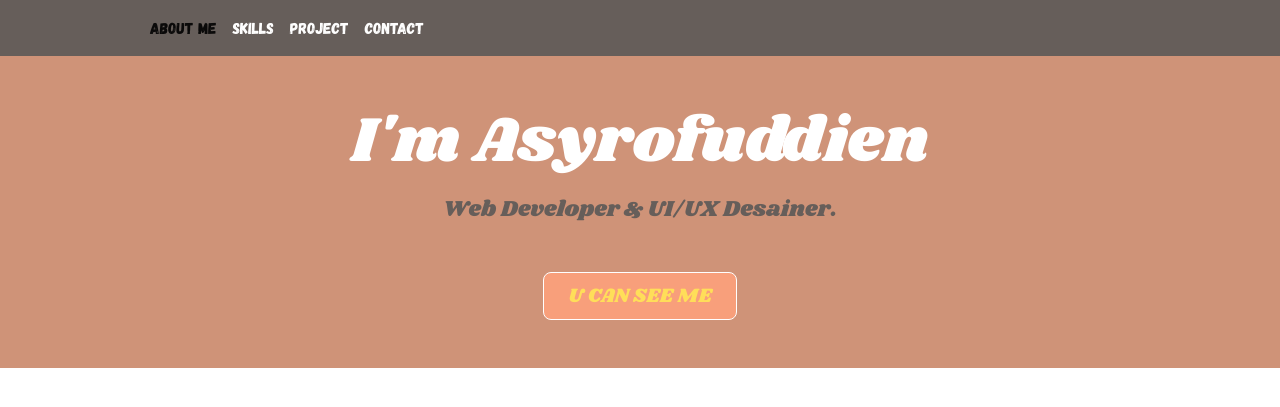
Repository: zetta-muhammad-asyrofuddien/Html-Css-ZettaCAmp
Page: Day1/Portofolio/index.html
The author's editor kept a copy of each file at every save. The page is drawn from the files as they stood at one save, then again after the next save.
The browser window is 1280 px wide. The pictures show the whole page.

Above is the page before, as saved 2023-07-05 03:26:42.

### Day1/Portofolio/index.html
<!DOCTYPE html>
<html lang="en">
  <head>
    <meta charset="utf-8" />
    <meta name="viewport" content="width=device-width, initial-scale=1" />
    <title>Bootstrap demo</title>
    <link href="https://cdn.jsdelivr.net/npm/bootstrap@5.2.3/dist/css/bootstrap.min.css" rel="stylesheet" integrity="sha384-rbsA2VBKQhggwzxH7pPCaAqO46MgnOM80zW1RWuH61DGLwZJEdK2Kadq2F9CUG65" crossorigin="anonymous" />
    <link rel="stylesheet" type="text/css" href="./syle.css" />
  </head>
  <body>
    <section class="Navbar">
      <div class="container">
        <div class="row">
          <div class="col-lg-12">
            <nav class="navbar navbar-expand-lg px-5 px-5">
              <div class="container-fluid">
                <div class="collapse navbar-collapse" id="navbarNav">
                  <ul class="navbar-nav">
                    <li class="nav-item">
                      <a class="nav-link active" aria-current="page" href="#">About Me</a>
                    </li>
                    <li class="nav-item">
                      <a class="nav-link" href="#">Skills</a>
                    </li>
                    <li class="nav-item">
                      <a class="nav-link" href="#">Project</a>
                    </li>
                    <li class="nav-item">
                      <a class="nav-link" href="#">Contact</a>
                    </li>
                  </ul>
                </div>
              </div>
            </nav>
            <div class="col-lg-4"></div>
          </div>
        </div>
      </div>
    </section>
    <section class="perkenalan mt-0">
      <div class="px-4 py-5 my-0 text-center">
        <h1 class="nama mb-3">I'm Asyrofuddien</h1>
        <div class="col-lg-6 mx-auto">
          <h4 class="job mb-5">Web Developer & UI/UX Desainer.</h4>
          <div class="d-grid gap-2 d-sm-flex justify-content-sm-center">
            <button type="button" class="btn btn-primary btn-lg px-4 gap-3">U CAN SEE ME</button>
          </div>
        </div>
      </div>
    </section>
    <script src="https://cdn.jsdelivr.net/npm/@popperjs/core@2.11.6/dist/umd/popper.min.js" integrity="sha384-oBqDVmMz9ATKxIep9tiCxS/Z9fNfEXiDAYTujMAeBAsjFuCZSmKbSSUnQlmh/jp3" crossorigin="anonymous"></script>
    <script src="https://cdn.jsdelivr.net/npm/bootstrap@5.2.3/dist/js/bootstrap.min.js" integrity="sha384-cuYeSxntonz0PPNlHhBs68uyIAVpIIOZZ5JqeqvYYIcEL727kskC66kF92t6Xl2V" crossorigin="anonymous"></script>
  </body>
</html>

### Day1/Portofolio/syle.css
@font-face {
  font-family: Gagalin;
  src: url(./asset/font/Gagalin-Regular.otf);
}
@font-face {
  font-family: Shrikhand;
  src: url(./asset/font/Shrikhand-Regular.ttf);
}
@font-face {
  font-family: dmSans;
  src: url(./asset/font/DMSans-Regular.ttf);
}
.Navbar {
  font-family: Gagalin;
  background-color: #665e5a;
}
.perkenalan {
  background-color: #cf9378;
}
.nav-link {
  color: white;
}

.nama {
  font-family: Shrikhand;
  color: white;
  font-size: 4rem;
}
.job {
  color: #665e5a;
  font-family: Shrikhand;
  font-size: 1.4rem;
}

.btn {
  background-color: #f89f7b;
  border-color: white;
  font-family: Shrikhand;
  color: #ffde59;
}

After the next save:
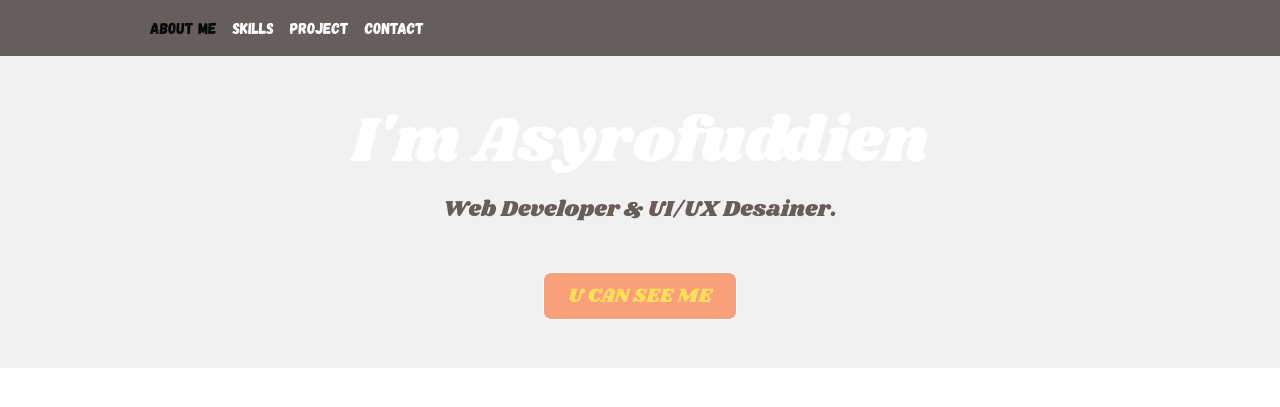
Saved 95 s later.
--- a/Day1/Portofolio/syle.css
+++ b/Day1/Portofolio/syle.css
@@ -15,8 +15,22 @@
   background-color: #665e5a;
 }
 .perkenalan {
-  background-color: #cf9378;
+  position: relative;
+  background-color: #f1f1f1;
 }
+
+.perkenalan::before {
+  content: '';
+  position: absolute;
+  top: -30px;
+  left: 0;
+  right: 0;
+  bottom: 0;
+  background: linear-gradient(to bottom, transparent, #ffffff);
+  z-index: -1;
+  transform: skewY(-5deg);
+}
+
 .nav-link {
   color: white;
 }

After the save that followed:
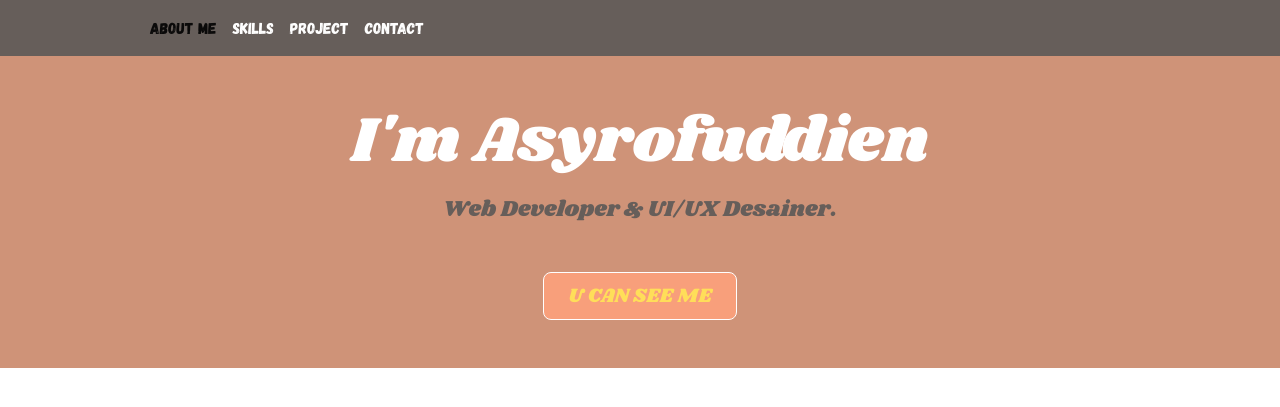
Saved 21 s later.
--- a/Day1/Portofolio/syle.css
+++ b/Day1/Portofolio/syle.css
@@ -14,9 +14,10 @@
   font-family: Gagalin;
   background-color: #665e5a;
 }
+
 .perkenalan {
   position: relative;
-  background-color: #f1f1f1;
+  background-color: #cf9378;
 }
 
 .perkenalan::before {
